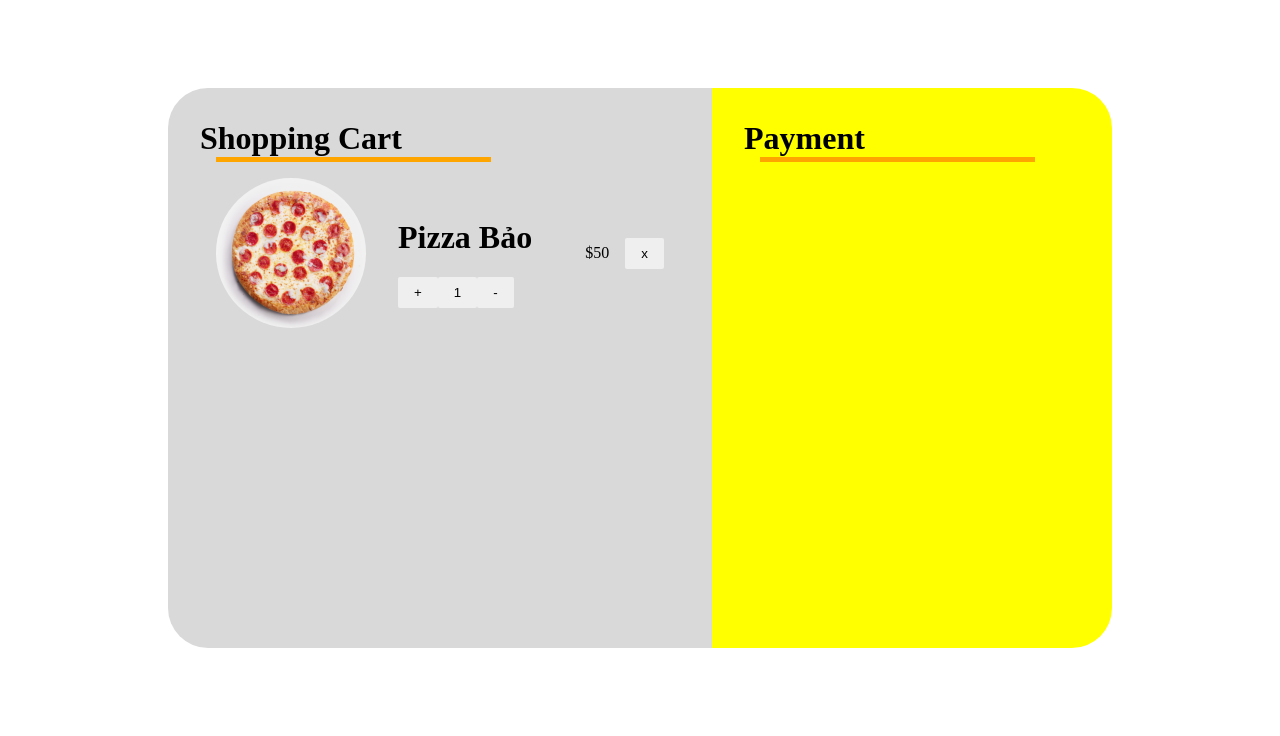
Repository: NDBaoFE/pizza-ordering-hiep
Page: /checkout
An editor plug-in stored every save of this project. The page is shown before and after the next save, followed by the edit.
The browser window is 1280 px wide. The pictures show the whole page.
The project was rebuilt for these pictures with package versions that can differ from the ones it lists, and the page was loaded fresh each time.

Above is the page before, as saved 2022-08-27 22:17:23.

### public/index.html
<!DOCTYPE html>
<html lang="en">
  <head>
    <meta charset="utf-8" />
    <link rel="icon" href="%PUBLIC_URL%/avatar.png" />
    <meta name="viewport" content="width=device-width, initial-scale=1" />
    <meta name="theme-color" content="#000000" />
    <link rel="apple-touch-icon" href="%PUBLIC_URL%/avatar.png" />
    <title>Pizza Ordering</title>
  </head>
  <body>
    <noscript>You need to enable JavaScript to run this app.</noscript>
    <div id="root"></div>
  </body>
</html>

### src/App.js
import RouterComponent from './router'

function App() {
  return <>{RouterComponent}</>
}

export default App

### src/router/index.js
import { BrowserRouter, Routes, Route } from 'react-router-dom'
import Checkout from '../pages/Checkout'

const privateRoutes = [{ name: 'checkout', path: '/checkout', element: <Checkout /> }]

const RouterComponent = (
  <BrowserRouter>
    <Routes>
      {privateRoutes.map((route) => (
        <Route key={route.name} path={route.path} element={route.element} />
      ))}
    </Routes>
  </BrowserRouter>
)

export default RouterComponent

### src/pages/Checkout/index.jsx
import React from 'react'
import * as Styled from './Checkout.styled'
import pizza from '../../assets/pizza.jpg'

const Checkout = (props) => {
  return (
    <Styled.Background>
      <Styled.Cart>
        <Styled.Header>Shopping Cart</Styled.Header>
        <Styled.List>
          <Styled.Item>
            <Styled.Image src={pizza} />
            <Styled.Info>
              <h1>Pizza Bảo</h1>
              <div>
                <button>+</button>
                <button>1</button>
                <button>-</button>
              </div>
            </Styled.Info>
            <Styled.Price>$50</Styled.Price>
            <button>x</button>
          </Styled.Item>
        </Styled.List>
      </Styled.Cart>
      <Styled.Payment>
        <Styled.Header>Payment</Styled.Header>
      </Styled.Payment>
    </Styled.Background>
  )
}

Checkout.propTypes = {}

export default Checkout

### src/pages/Checkout/Checkout.styled.js
import styled from 'styled-components'

export const Background = styled.div`
  box-sizing: border-box;
  width: 100%;
  height: 100vh;
  padding: 5rem 10rem;
  display: flex;
  overflow-y: hidden;

  & button {
    padding: 0.5rem 1rem;
    border: none;
    cursor: pointer;
    border-radius: 2px;

    &:hover {
      opacity: 0.6;
    }
  }
`
export const Cart = styled.div`
  padding: 2rem;
  display: block;
  background-color: #d9d9d9;
  flex: 1;
  border-top-left-radius: 40px;
  border-bottom-left-radius: 40px;
`
export const Payment = styled.div`
  box-sizing: border-box;
  padding: 2rem;
  min-width: 400px;
  background-color: yellow;
  border-top-right-radius: 40px;
  border-bottom-right-radius: 40px;
`

export const Header = styled.header`
  font-size: 2rem;
  font-weight: 700;

  &::after {
    content: '';
    display: block;
    width: 275px;
    height: 5px;
    background-color: orange;
    margin: 0 1rem;
  }
`

export const List = styled.ul`
  list-style: none;
  padding: 0;
`

export const Item = styled.li`
  display: flex;
  align-items: center;
  margin: 1rem;
`

export const Image = styled.img`
  margin-right: 2rem;
  border-radius: 50%;

  width: 150px;
`
export const Info = styled.div`
  flex: 1;
`
export const Button = styled.button``
export const Price = styled.span`
  margin: 0 1rem;
`
export const CloseButton = styled.button`
  margin: 0 1rem;
`

Loaded but not shown: src/index.js (common file)

After the next save:
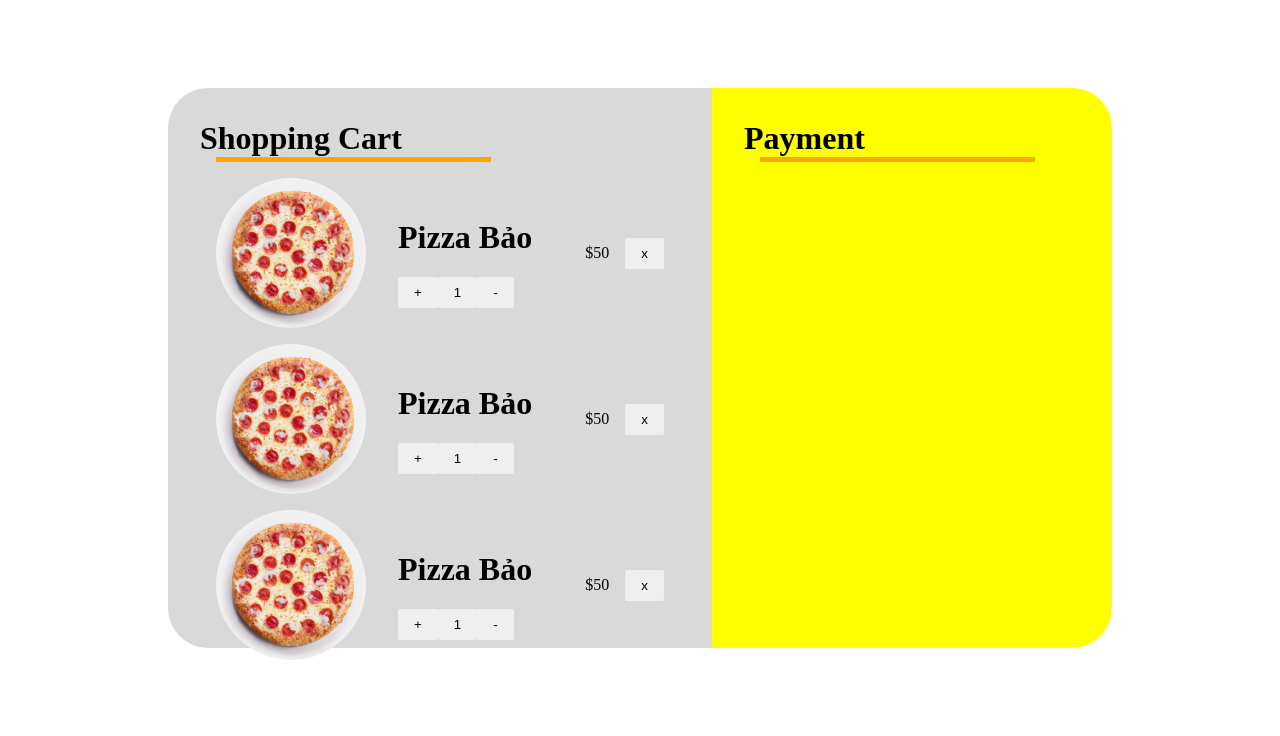
Saved 8 s later.
--- a/src/pages/Checkout/index.jsx
+++ b/src/pages/Checkout/index.jsx
@@ -8,6 +8,32 @@ const Checkout = (props) => {
       <Styled.Cart>
         <Styled.Header>Shopping Cart</Styled.Header>
         <Styled.List>
+          <Styled.Item>
+            <Styled.Image src={pizza} />
+            <Styled.Info>
+              <h1>Pizza Bảo</h1>
+              <div>
+                <button>+</button>
+                <button>1</button>
+                <button>-</button>
+              </div>
+            </Styled.Info>
+            <Styled.Price>$50</Styled.Price>
+            <button>x</button>
+          </Styled.Item>
+          <Styled.Item>
+            <Styled.Image src={pizza} />
+            <Styled.Info>
+              <h1>Pizza Bảo</h1>
+              <div>
+                <button>+</button>
+                <button>1</button>
+                <button>-</button>
+              </div>
+            </Styled.Info>
+            <Styled.Price>$50</Styled.Price>
+            <button>x</button>
+          </Styled.Item>
           <Styled.Item>
             <Styled.Image src={pizza} />
             <Styled.Info>
